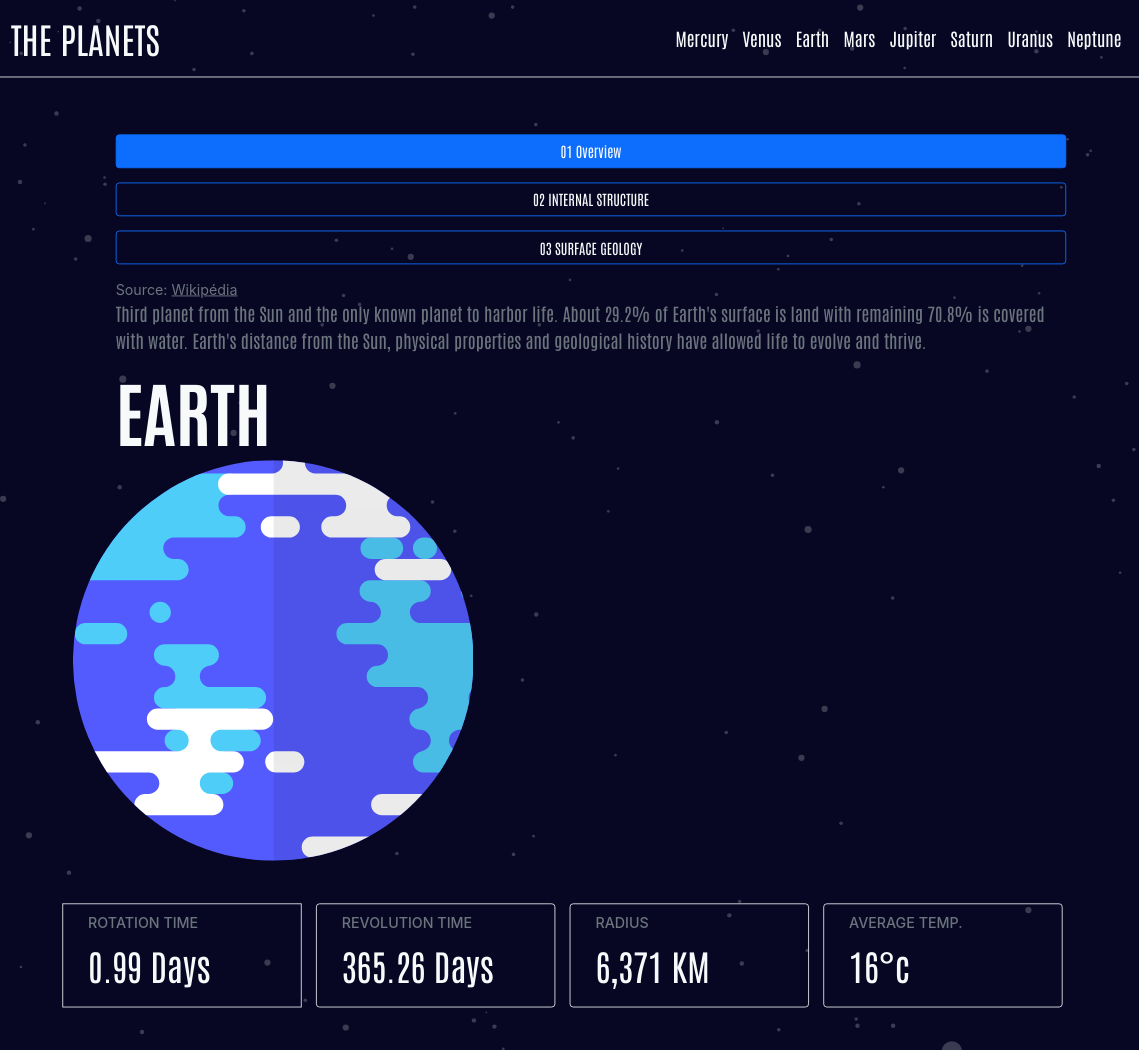
Repository: andre06x/the-planets
Page: /
The author's editor kept a copy of each file at every save. The page is drawn from the files as they stood at one save, then again after the next save.
The browser window is 1280 px wide. The pictures show the whole page, at 89% of full size.
The project was rebuilt for these pictures with package versions that can differ from the ones it lists, and the page was loaded fresh each time.

Above is the page before, as saved 2021-10-18 23:05:23.

### public/index.html
<!DOCTYPE html>
<html lang="en">

<head>
  <meta charset="utf-8" />
  <link rel="icon" href="%PUBLIC_URL%/favicon.ico" />
  <meta name="viewport" content="width=device-width, initial-scale=1" />
  <meta name="theme-color" content="#000000" />
  <link rel="preconnect" href="https://fonts.googleapis.com">
  <link rel="preconnect" href="https://fonts.gstatic.com" crossorigin>
  <link href="https://fonts.googleapis.com/css2?family=Antonio:wght@400;500;600;700&display=swap" rel="stylesheet">
  <meta name="description" content="Web site created using create-react-app" />
  <link rel="apple-touch-icon" href="%PUBLIC_URL%/logo192.png" />
  <link rel="manifest" href="%PUBLIC_URL%/manifest.json" />
  <link rel="stylesheet" href="%PUBLIC_URL%/bootstrap-5.1.3-dist/css/bootstrap.min.css">
  <title>React App</title>
</head>

<body>
  <noscript>You need to enable JavaScript to run this app.</noscript>
  <div id="root"></div>
  <script src="./bootstrap-5.1.3-dist/js/bootstrap.min.js"></script>
</body>

</html>

### src/index.js
import React from 'react';
import ReactDOM from 'react-dom';
import App from './App';
import reportWebVitals from './reportWebVitals';
import Global from './styles/global';

ReactDOM.render(
  <React.StrictMode>
    <Global />
    <App />
  </React.StrictMode>,
  document.getElementById('root')
);

// If you want to start measuring performance in your app, pass a function
// to log results (for example: reportWebVitals(console.log))
// or send to an analytics endpoint. Learn more: https://bit.ly/CRA-vitals
reportWebVitals();

### src/App.js
import logo from './logo.svg';
// import './App.css';
import Header from './components/Header';
import Container from './components/Container';

function App() {
  return (
    <div className="App">
      <Header />
      <Container />
    </div>
  );
}

export default App;

### src/styles/global.js
import { createGlobalStyle } from 'styled-components';
import img from '../background-stars.svg';

export default createGlobalStyle`
  body {
    background-image: url(${img});
    background-color: #070724;
    background-repeat: repeat;
  margin: 0;
  font-family: -apple-system, BlinkMacSystemFont, 'Segoe UI', 'Roboto', 'Oxygen',
    'Ubuntu', 'Cantarell', 'Fira Sans', 'Droid Sans', 'Helvetica Neue',
    sans-serif;
  -webkit-font-smoothing: antialiased;
  -moz-osx-font-smoothing: grayscale;
}

code {
  font-family: source-code-pro, Menlo, Monaco, Consolas, 'Courier New',
    monospace;
}
`;

### src/components/Header.js
import React from 'react';
import data from '../data.json';

const Header = () => {
  return (
    <nav class="navbar navbar-expand-lg navbar-dark bg-transparent border-bottom border-muted mb-5">
      <div class="container-fluid d-flex justify-content-between">
        <a class="navbar-brand fs-1 text-light font-antonio" href="#">THE PLANETS</a>
        <button class="navbar-toggler text-light" type="button" data-bs-toggle="collapse" data-bs-target="#navbarSupportedContent" aria-controls="navbarSupportedContent" aria-expanded="false" aria-label="Toggle navigation">
          <span class="navbar-toggler-icon text-light"></span>
        </button>
        <div class="collapse navbar-collapse justify-content-end" id="navbarSupportedContent">
          <div>
            <ul class="navbar-nav me-auto mb-2 mb-lg-0">
              {
                data.map(d => (
                  <li class="nav-item">
                    <a class="nav-link active text-light fs-5 font-antonio" aria-current="page" href="#">{d.name}</a>
                  </li>
                ))
              }
            </ul>
          </div>
        </div>
      </div>
    </nav>
  )
}



export default Header

### src/components/Container.js
import React, { useEffect, useState } from 'react';
// import earth from '../assets/planet-earth.svg';
import data from '../data.json';

const Container = () => {
  const [selectBox, setSelectBox] = useState(1);
  const [planet, setPlanet] = useState('Earth');
  const [text, setText] = useState(data.filter(d => d.name === planet)[0].overview);
  const [imagee, setImagee] = useState('assets/planet-earth.svg');
  const [dataPlanet, setDataPlanet] = useState(['']);

  const op = [
    { id: 1, titulo: '01 Overview' },
    { id: 2, titulo: '02 INTERNAL STRUCTURE' },
    { id: 3, titulo: '03 SURFACE GEOLOGY' },
  ]

  function buttonChange(o) {
    setSelectBox(o.id);

    if (o.id === 1) {
      setText(data.filter(d => d.name === planet)[0].overview);
      setImagee(data.filter(d => d.name === planet)[0].images.planet);
    }

    if (o.id === 2) {
      setText(data.filter(d => d.name === planet)[0].structure);
      setImagee(data.filter(d => d.name === planet)[0].images.internal);

    }

    if (o.id === 3) {
      setText(data.filter(d => d.name === planet)[0].geology);
      setImagee(data.filter(d => d.name === planet)[0].images.geology);

    }

  }

  useEffect(() => {
   setDataPlanet(data.filter(d => d.name === planet)[0]);
  }, []);

  return (
    <div className="container mt-5">
      <div className="d-flex flex-column">
        <div className="d-flex flex-sm-column-reverse justify-content-between">
          <div className="me-5">
            <img src={imagee}alt="" />
          </div>
          <div className="ms-md-5 d-flex flex-sm-column-reverse">
            <h1 className="display-1 text-light font-antonio fw-bold">EARTH</h1>
            <p className="lead text-muted font-antonio">
              {text.content}
            </p>
            <span className="text-secondary">
              Source: <a href="" className="text-secondary"> Wikipédia</a>
            </span>

            <div className="d-flex flex-column mt-3 font-antonio fw-bold">
              {op.map(o => (
                <button
                  className={`btn text-light btn-outline-primary mb-3 ${selectBox === o.id ? ' btn-primary' : ''}`}
                  onClick={() => buttonChange(o)}
                >
                  {o.titulo}
                </button>
              ))}
            </div>
          </div>
        </div>
      </div>
      <div className="row mt-5 mb-5">
        <div class="col me-3 bg-transparent border">
          <div class="card-body">
            <h6 class="card-subtitle mb-2 text-muted">
              ROTATION TIME
            </h6>
            <p class="card-text text-light font-antonio fs-1">
              {dataPlanet.rotation}
            </p>
          </div>
        </div>
        <div class="card col me-3 bg-transparent border">
          <div class="card-body">
            <h6 class="card-subtitle mb-2 text-muted">
              REVOLUTION TIME
            </h6>
            <p class="card-text text-light font-antonio fs-1">
              {dataPlanet.revolution}
            </p>
          </div>
        </div>
        <div class="card col me-3 bg-transparent border">
          <div class="card-body">
            <h6 class="card-subtitle mb-2 text-muted">
              RADIUS
            </h6>
            <p class="card-text text-light font-antonio fs-1">
              {dataPlanet.radius}
            </p>
          </div>
        </div>
        <div class="card col me-3 bg-transparent border">
          <div class="card-body">
            <h6 class="card-subtitle mb-2 text-muted">
              AVERAGE TEMP.
            </h6>
            <p class="card-text text-light font-antonio fs-1">
              {dataPlanet.temperature}
            </p>
          </div>
        </div>
      </div>
    </div>
  )
}

export default Container;

### src/data.json
[
  {
    "name": "Mercury",
    "overview": {
      "content": "Mercury is the smallest planet in the Solar System and the closest to the Sun. Its orbit around the Sun takes 87.97 Earth days, the shortest of all the Sun's planets. Mercury is one of four terrestrial planets in the Solar System, and is a rocky body like Earth.",
      "source": "https://en.wikipedia.org/wiki/Mercury_(planet)"
    },
    "structure": {
      "content": "Mercury appears to have a solid silicate crust and mantle overlying a solid, iron sulfide outer core layer, a deeper liquid core layer, and a solid inner core. The planet's density is the second highest in the Solar System at 5.427 g/cm3 , only slightly less than Earth's density.",
      "source": "https://en.wikipedia.org/wiki/Mercury_(planet)#Internal_structure"
    },
    "geology": {
      "content": "Mercury's surface is similar in appearance to that of the Moon, showing extensive mare-like plains and heavy cratering, indicating that it has been geologically inactive for billions of years. It is more heterogeneous than either Mars's or the Moon’s.",
      "source": "https://en.wikipedia.org/wiki/Mercury_(planet)#Surface_geology"
    },
    "rotation": "58.6 Days",
    "revolution": "87.97 Days",
    "radius": "2,439.7 KM",
    "temperature": "430°c",
    "images": {
      "planet": "./assets/planet-mercury.svg",
      "internal": "./assets/planet-mercury-internal.svg",
      "geology": "./assets/geology-mercury.png"
    }
  },
  {
    "name": "Venus",
    "overview": {
      "content": "Venus is the second planet from the Sun. It is named after the Roman goddess of love and beauty. As the brightest natural object in Earth's night sky after the Moon, Venus can cast shadows and can be, on rare occasions, visible to the naked eye in broad daylight.",
      "source": "https://en.wikipedia.org/wiki/Venus"
    },
    "structure": {
      "content": "The similarity in size and density between Venus and Earth suggests they share a similar internal structure: a core, mantle, and crust. Like that of Earth, Venusian core is most likely at least partially liquid because the two planets have been cooling at about the same rate.",
      "source": "https://en.wikipedia.org/wiki/Venus#Internal_structure"
    },
    "geology": {
      "content": "Much of the Venusian surface appears to have been shaped by volcanic activity. Venus has several times as many volcanoes as Earth, and it has 167 large volcanoes that are over 100 km (60 mi) across. The only volcanic complex of this size on Earth is the Big Island of Hawaii.",
      "source": "https://en.wikipedia.org/wiki/Venus#Surface_geology"
    },
    "rotation": "243 Days",
    "revolution": "224.7 Days",
    "radius": "6,051.8 KM",
    "temperature": "471°c",
    "images": {
      "planet": "./assets/planet-venus.svg",
      "internal": "./assets/planet-venus-internal.svg",
      "geology": "./assets/geology-venus.png"
    }
  },
  {
    "name": "Earth",
    "overview": {
      "content": "Third planet from the Sun and the only known planet to harbor life. About 29.2% of Earth's surface is land with remaining 70.8% is covered with water. Earth's distance from the Sun, physical properties and geological history have allowed life to evolve and thrive.",
      "source": "https://en.wikipedia.org/wiki/Earth"
    },
    "structure": {
      "content": "Earth's interior, like that of the other terrestrial planets, is divided into layers by their chemical or physical (rheological) properties. The outer layer is a chemically distinct silicate solid crust, which is underlain by a highly viscous solid mantle.",
      "source": "https://en.wikipedia.org/wiki/Earth#Internal_structure"
    },
    "geology": {
      "content": "The total surface area of Earth is about 510 million km2. The continental crust consists of lower density material such as the igneous rocks granite and andesite. Less common is basalt, a denser volcanic rock that is the primary constituent of the ocean floors.",
      "source": "https://en.wikipedia.org/wiki/Earth#Surface"
    },
    "rotation": "0.99 Days",
    "revolution": "365.26 Days",
    "radius": "6,371 KM",
    "temperature": "16°c",
    "images": {
      "planet": "assets/planet-earth.svg",
      "internal": "assets/planet-earth-internal.svg",
      "geology": "assets/geology-earth.png"
    }
  },
  {
    "name": "Mars",
    "overview": {
      "content": "Mars is the fourth planet from the Sun and the second-smallest planet in the Solar System, being larger than only Mercury. In English, Mars carries the name of the Roman god of war and is often referred to as the \"Red Planet\".",
      "source": "https://en.wikipedia.org/wiki/Mars"
    },
    "structure": {
      "content": "Like Earth, Mars has differentiated into a dense metallic core overlaid by less dense materials. Scientists initially determined that the core is at least partially liquid. Current models of its interior imply a core consisting primarily of iron and nickel with about 16–17% sulfur.",
      "source": "https://en.wikipedia.org/wiki/Mars#Internal_structure"
    },
    "geology": {
      "content": "Mars is a terrestrial planet whose surface consists of minerals containing silicon and oxygen, metals, and other elements that typically make up rock. The surface is primarily composed of tholeiitic basalt, although parts are more silica-rich than typical basalt.",
      "source": "https://en.wikipedia.org/wiki/Mars#Surface_geology"
    },
    "rotation": "1.03 Days",
    "revolution": "1.88 Years",
    "radius": "3,389.5 KM",
    "temperature": "-28°c",
    "images": {
      "planet": "./assets/planet-mars.svg",
      "internal": "./assets/planet-mars-internal.svg",
      "geology": "./assets/geology-mars.png"
    }
  },
  {
    "name": "Jupiter",
    "overview": {
      "content": "Jupiter is the fifth planet from the Sun and the largest in the Solar System. It is a gas giant with a mass two and a half times that of all the other planets in the Solar System combined, but less than one-thousandth the mass of the Sun.",
      "source": "https://en.wikipedia.org/wiki/Jupiter"
    },
    "structure": {
      "content": "When the Juno arrived in 2016, it found that Jupiter has a very diffuse core that mixes into its mantle. A possible cause is an impact from a planet of about ten Earth masses a few million years after Jupiter's formation, which would have disrupted an originally solid Jovian core.",
      "source": "https://en.wikipedia.org/wiki/Jupiter#Internal_structure"
    },
    "geology": {
      "content": "The best known feature of Jupiter is the Great Red Spot, a persistent anticyclonic storm located 22° south of the equator. It is known to have existed since at least 1831, and possibly since 1665.",
      "source": "https://en.wikipedia.org/wiki/Jupiter#Great_Red_Spot_and_other_vortices"
    },
    "rotation": "9.93 Hours",
    "revolution": "11.86 Years",
    "radius": "69,911 KM",
    "temperature": "-108°c",
    "images": {
      "planet": "./assets/planet-jupiter.svg",
      "internal": "./assets/planet-jupiter-internal.svg",
      "geology": "./assets/geology-jupiter.png"
    }
  },
  {
    "name": "Saturn",
    "overview": {
      "content": "Saturn is the sixth planet from the Sun and the second-largest in the Solar System, after Jupiter. It is a gas giant with an average radius of about nine and a half times that of Earth. It only has one-eighth the average density of Earth.",
      "source": "https://en.wikipedia.org/wiki/Saturn"
    },
    "structure": {
      "content": "Despite consisting mostly of hydrogen and helium, most of Saturn's mass is not in the gas phase, because hydrogen becomes a non-ideal liquid when the density is above 0.01 g/cm3, which is reached at a radius containing 99.9% of Saturn's mass.",
      "source": "https://en.wikipedia.org/wiki/Saturn#Internal_structure"
    },
    "geology": {
      "content": "The outer atmosphere of Saturn contains 96.3% molecular hydrogen and 3.25% helium by volume. The planet's most famous feature is its prominent ring system, which is composed mostly of ice particles with a smaller amount of rocky debris and dust.",
      "source": "https://en.wikipedia.org/wiki/Saturn#Atmosphere"
    },
    "rotation": "10.8 Hours",
    "revolution": "29.46 Years",
    "radius": "58,232 KM",
    "temperature": "-138°c",
    "images": {
      "planet": "./assets/planet-saturn.svg",
      "internal": "./assets/planet-saturn-internal.svg",
      "geology": "./assets/geology-saturn.png"
    }
  },
  {
    "name": "Uranus",
    "overview": {
      "content": "Uranus is the seventh planet from the Sun. Its name is a reference to the Greek god of the sky, Uranus according to Greek mythology, was the great-grandfather of Ares. It has the third-largest planetary radius and fourth-largest planetary mass in the Solar System.",
      "source": "https://en.wikipedia.org/wiki/Uranus"
    },
    "structure": {
      "content": "The standard model of Uranus's structure is that it consists of three layers: a rocky (silicate/iron–nickel) core in the centre, an icy mantle in the middle and an outer gaseous hydrogen/helium envelope. The core is relatively small, with a mass of only 0.55 Earth masses.",
      "source": "https://en.wikipedia.org/wiki/Uranus#Internal_structure"
    },
    "geology": {
      "content": "The composition of Uranus's atmosphere is different from its bulk, consisting mainly of molecular hydrogen and helium. The helium molar fraction, i.e. the number of helium atoms per molecule of gas, is 0.15±0.03 in the upper troposphere.",
      "source": "https://en.wikipedia.org/wiki/Uranus#Atmosphere"
    },
    "rotation": "17.2 Hours",
    "revolution": "84 Years",
    "radius": "25,362 KM",
    "temperature": "-195°c",
    "images": {
      "planet": "./assets/planet-uranus.svg",
      "internal": "./assets/planet-uranus-internal.svg",
      "geology": "./assets/geology-uranus.png"
    }
  },
  {
    "name": "Neptune",
    "overview": {
      "content": "Neptune is the eighth and farthest-known Solar planet from the Sun. In the Solar System, it is the fourth-largest planet by diameter, the third-most-massive planet, and the densest giant planet. It is 17 times the mass of Earth, more massive than its near-twin Uranus.",
      "source": "https://en.wikipedia.org/wiki/Neptune"
    },
    "structure": {
      "content": "Neptune's internal structure resembles that of Uranus. Its atmosphere forms about 5% to 10% of its mass and extends perhaps 10% to 20% of the way towards the core. Increasing concentrations of methane, ammonia and water are found in the lower regions.",
      "source": "https://en.wikipedia.org/wiki/Neptune#Internal_structure"
    },
    "geology": {
      "content": "Neptune's atmosphere is 80% hydrogen and 19% helium. A trace amount of methane is also present. Prominent absorption bands of methane exist at wavelengths above 600 nm, in the red and infrared portion of the spectrum.",
      "source": "https://en.wikipedia.org/wiki/Neptune#Atmosphere"
    },
    "rotation": "16.08 Hours",
    "revolution": "164.79 Years",
    "radius": "24,622 KM",
    "temperature": "-201°c",
    "images": {
      "planet": "./assets/planet-neptune.svg",
      "internal": "./assets/planet-neptune-internal.svg",
      "geology": "./assets/geology-neptune.png"
    }
  }
]

Loaded but not shown: src/reportWebVitals.js (common file); public/bootstrap-5.1.3-dist/css/bootstrap.min.css (library); public/bootstrap-5.1.3-dist/js/bootstrap.min.js (library)

After the next save:
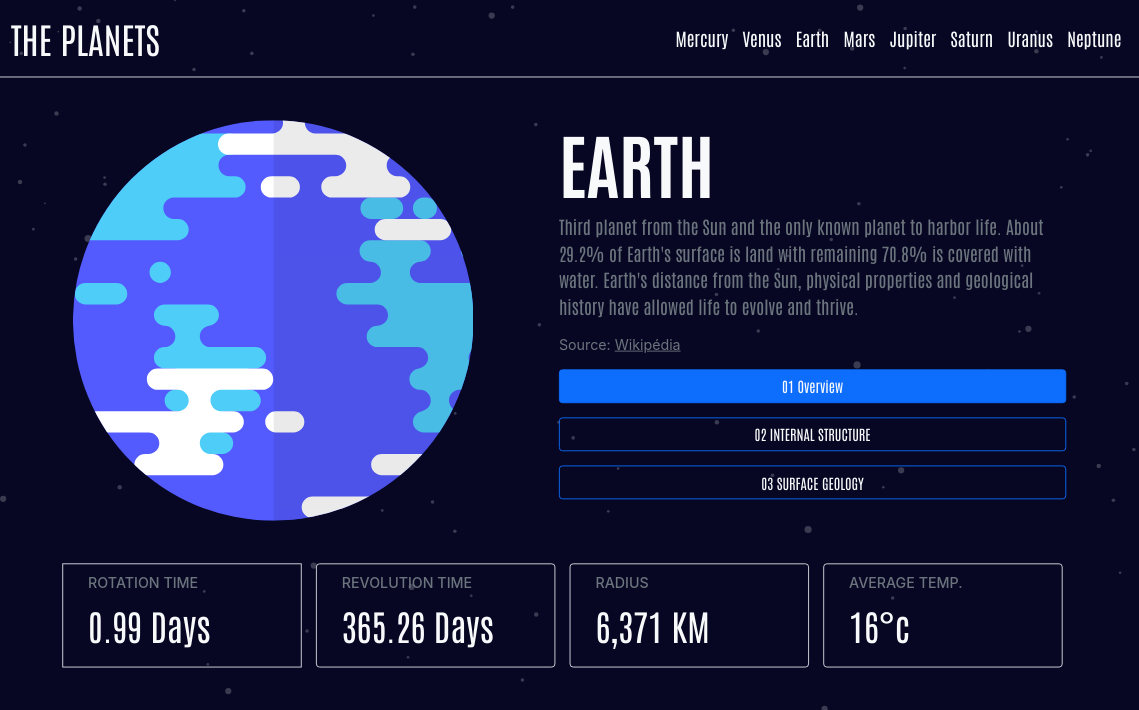
Saved 34 s later.
--- a/src/components/Container.js
+++ b/src/components/Container.js
@@ -40,15 +40,14 @@ const Container = () => {
   useEffect(() => {
    setDataPlanet(data.filter(d => d.name === planet)[0]);
   }, []);
-
   return (
     <div className="container mt-5">
       <div className="d-flex flex-column">
-        <div className="d-flex flex-sm-column-reverse justify-content-between">
+        <div className="d-flex justify-content-between">
           <div className="me-5">
             <img src={imagee}alt="" />
           </div>
-          <div className="ms-md-5 d-flex flex-sm-column-reverse">
+          <div className="ms-md-5">
             <h1 className="display-1 text-light font-antonio fw-bold">EARTH</h1>
             <p className="lead text-muted font-antonio">
               {text.content}
@@ -105,7 +104,7 @@ const Container = () => {
           <div class="card-body">
             <h6 class="card-subtitle mb-2 text-muted">
               AVERAGE TEMP.
-            </h6>
+              </h6>
             <p class="card-text text-light font-antonio fs-1">
               {dataPlanet.temperature}
             </p>
